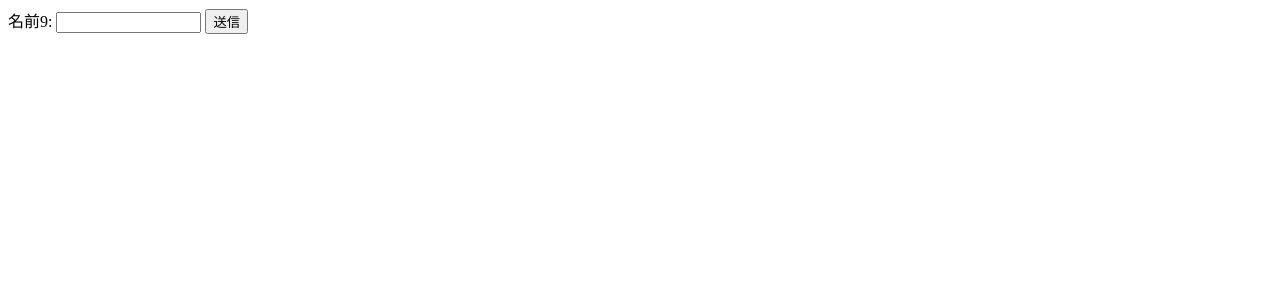
Repository: movingfastball/2020_stady
Page: http://localhost/original.php
The author's editor kept a copy of each file at every save. The page is drawn from the files as they stood at one save, then again after the next save.
The browser window is 1280 px wide. The pictures show the whole page.
The page is run by PHP 8.4 with error messages shown; the project is at /var/www/html/.

Above is the page before, as saved 2020-05-25 00:15:29.

After the next save:
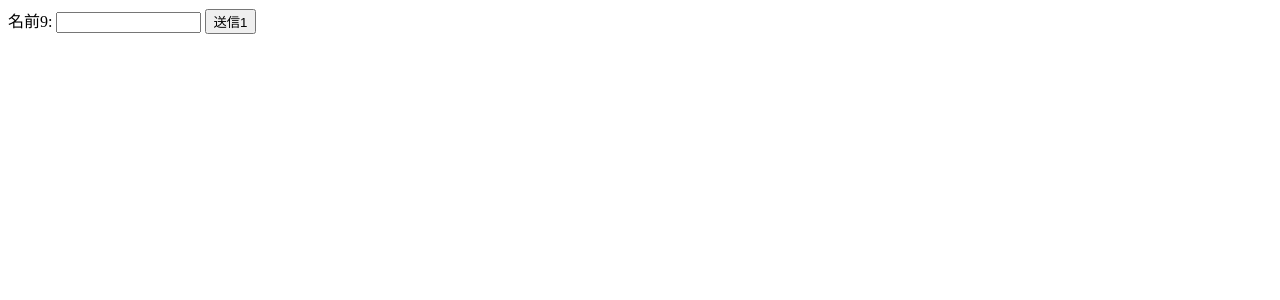
Saved 10 min 45 s later.
--- a/original.php
+++ b/original.php
@@ -7,9 +7,8 @@
 <body>
 <form method="post" action = "original2.php">
 <label for = "name">名前9:</label>
-<!-- name属性をnameに設定しているからoriginal2.phpに情報を送れる -->
 <input id = "name" type = "text" name = "name" size = "15" />
-<input type = "submit" value = "送信">
+<input type = "submit" value = "送信1">
 </form>
 </body>
 </html>
